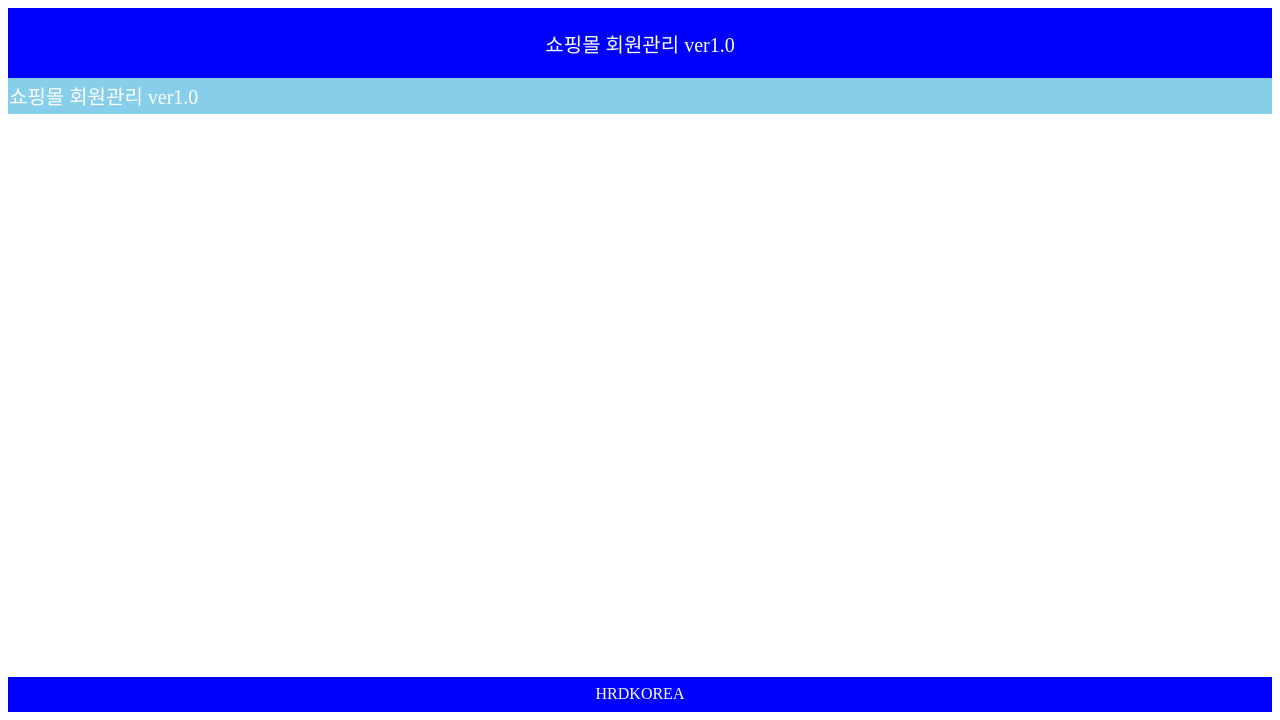
Repository: choigobin/Programming
Page: http://localhost/HRD_1119/
The author's editor kept a copy of each file at every save. The page is drawn from the files as they stood at one save, then again after the next save.
The browser window is 1280 px wide. The pictures show the whole page.
The page is served by Tomcat 9.

Above is the page before, as saved 2019-11-19 06:44:34.

### YangJung/workspace/HRD_1119/WebContent/index.jsp
<%@ page language="java" contentType="text/html; charset=UTF-8"
    pageEncoding="UTF-8"%>
<html>
<head>
<meta charset="UTF-8">
<style>
#tb1 {
		height:100%; width:100%;
		border: 0px;
		border-collapse: collapse;
		}
#tb2{
	border: solide black 1px;
	border-collapse: separate;
	}
#t1 {
	border: 0px;
	}
tr,td,th{
	border: solid black 1px;
	}
</style>
<title>쇼핑몰 회원관리</title>
</head>
<body>
<table id="tb1">
<tr id="t1" height="10%"><%-- header --%>
	<td id="t1" bgcolor="blue" align="center">
		<span style="font-size:20px; color:white;">쇼핑몰 회원관리 ver1.0</span>
	</td>
</tr>
<tr id="t1" height="5%"><%-- nav --%>
	<td id="t1" bgcolor="skyblue" align="left">
		<span style="font-size:20px; color:white;">쇼핑몰 회원관리 ver1.0</span>
	</td>
</tr>
<tr id="t1">
	<td id="t1">

	</td>
</tr>
<tr id="t1" height="5%"><%-- footer --%>
	<td id="t1" bgcolor="blue" align="center">
		<span style="color:white;">HRDKOREA</span>
	</td>
</tr>
</table>
</body>
</html>

After the next save:
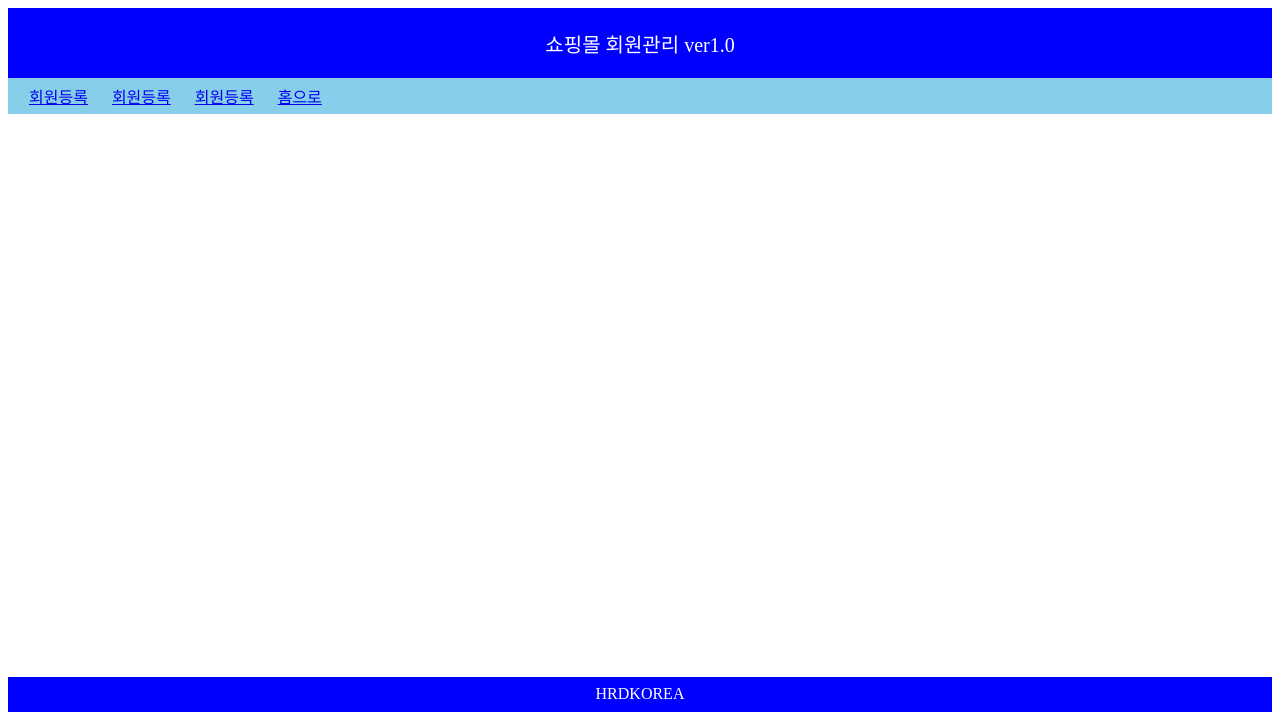
Saved 65 s later.
--- a/YangJung/workspace/HRD_1119/WebContent/index.jsp
+++ b/YangJung/workspace/HRD_1119/WebContent/index.jsp
@@ -31,7 +31,16 @@ tr,td,th{
 </tr>
 <tr id="t1" height="5%"><%-- nav --%>
 	<td id="t1" bgcolor="skyblue" align="left">
-		<span style="font-size:20px; color:white;">쇼핑몰 회원관리 ver1.0</span>
+		<span style="color:white;">
+			&nbsp&nbsp&nbsp&nbsp
+			<a href="#">회원등록</a>
+			&nbsp&nbsp&nbsp&nbsp
+			<a href="#">회원등록</a>
+			&nbsp&nbsp&nbsp&nbsp
+			<a href="#">회원등록</a>
+			&nbsp&nbsp&nbsp&nbsp
+			<a href="index.jsp">홈으로</a>
+		</span>
 	</td>
 </tr>
 <tr id="t1">
